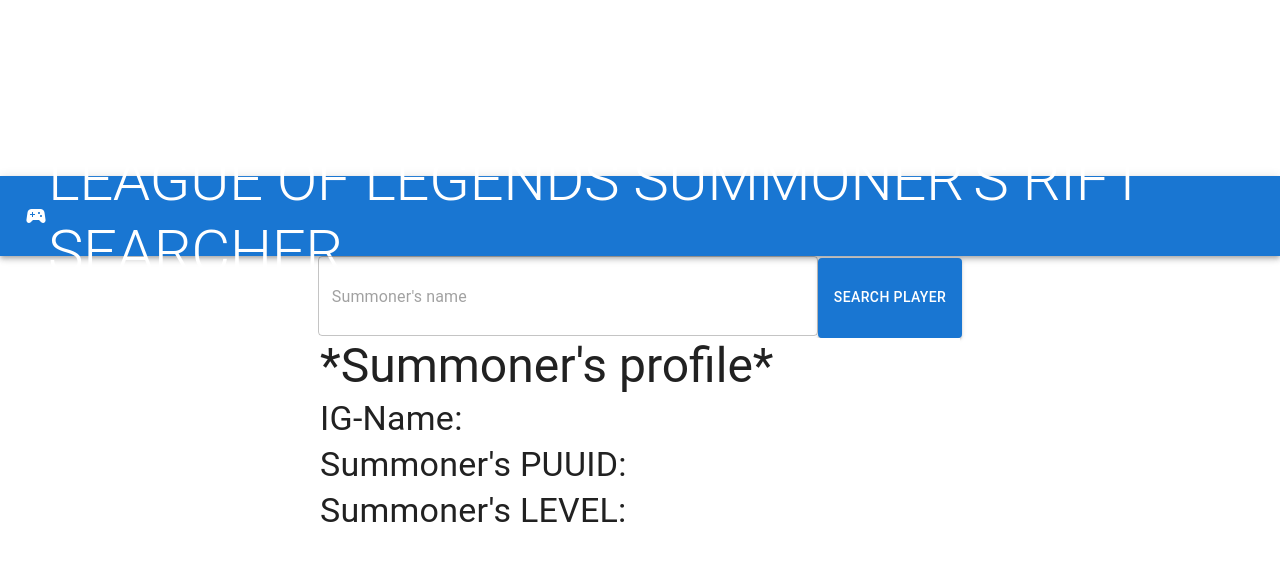
Repository: Mikerr21/League-Of-Legends-API
Page: /
The author's editor kept a copy of each file at every save. The page is drawn from the files as they stood at one save, then again after the next save.
The browser window is 1280 px wide. The pictures show the whole page.
The page's requests for data from a server got no answer. The project was rebuilt for these pictures with package versions that can differ from the ones it lists, and the page was loaded fresh each time. No one was signed in, and anything a server would have sent is missing.

Above is the page before, as saved 2022-09-24 22:39:30.

### public/index.html
<!DOCTYPE html>
<html lang="en">
  <head>
    <meta charset="utf-8" />
    <link rel="icon" href="%PUBLIC_URL%/favicon.ico" />
    <meta name="viewport" content="width=device-width, initial-scale=1" />
    <meta name="theme-color" content="#000000" />
    <meta
      name="description"
      content="Web site created using create-react-app"
    />
    <link rel="apple-touch-icon" href="%PUBLIC_URL%/logo192.png" />

    <title>React App</title>
  </head>
  <body>
    <noscript>You need to enable JavaScript to run this app.</noscript>
    <div id="root"></div>

  </body>
</html>

### src/App.js
import React from "react";
import axios from "axios";
import { useState } from "react";
import { AppBar } from "@mui/material";
import { Toolbar } from "@mui/material";
import { CssBaseline } from "@mui/material";
import SportsEsportsIcon from "@mui/icons-material/SportsEsports";
import OutlinedInput from "@mui/material/OutlinedInput";

import { Typography } from "@mui/material";
import { Button } from "@mui/material";
import { Box } from "@mui/material";

import ListSubheader from "@mui/material/ListSubheader";
import List from "@mui/material/List";
import ListItemButton from "@mui/material/ListItemButton";
import ListItemIcon from "@mui/material/ListItemIcon";
import ListItemText from "@mui/material/ListItemText";
import Collapse from "@mui/material/Collapse";
import InboxIcon from "@mui/icons-material/MoveToInbox";
import DraftsIcon from "@mui/icons-material/Drafts";
import SendIcon from "@mui/icons-material/Send";
import ExpandLess from "@mui/icons-material/ExpandLess";
import ExpandMore from "@mui/icons-material/ExpandMore";
import StarBorder from "@mui/icons-material/StarBorder";
import Grid from "@mui/material/Grid";

function App() {
  const [searchPlayer, setSearchPlayer] = useState("");
  const [playerData, setPlayerData] = useState({});
  const API_KEY = "c4eb3244-2494-4789-a6a3-47b4f6d5b70a";

  function fetchPlayerData(event) {
    var API_KEY = "RGAPI-e5d7e95c-8a4e-4469-bf42-53bc6d1175b3";
    var API_CALL_STRING =
      "https://euw1.api.riotgames.com/lol/summoner/v4/summoners/by-name/" +
      searchPlayer +
      "?api_key=" +
      API_KEY;
    axios
      .get(API_CALL_STRING)
      .then(function (response) {
        //Success

        setPlayerData(response.data);
      })
      .catch(function (error) {
        //Error
        console.log(error);
      });
  }

  return (
    <div className="App">
      <CssBaseline />

      <Grid
        container
        spacing={0}
        direction="column"
        alignItems="center"
        justifyContent="center"
        style={{ minHeight: "100vh" }}
      >
        <CssBaseline />
        <AppBar position="static">
          <Toolbar variant="dense" style={{ height: "80px" }}>
            <SportsEsportsIcon></SportsEsportsIcon>
            <Typography variant="h2" component="h2">
              LEAGUE OF LEGENDS SUMMONER'S RIFT SEARCHER
            </Typography>
          </Toolbar>
        </AppBar>
        <Box>
          <OutlinedInput
            onChange={(e) => setSearchPlayer(e.target.value)}
            type="text"
            placeholder="Summoner's name"
            style={{ height: "80px", width: "500px" }}
          ></OutlinedInput>
          <Button
            onClick={fetchPlayerData()}
            variant="contained"
            style={{ height: "80px" }}
          >
            Search player
          </Button>
        </Box>

        <List
          sx={{ width: "50%", maxWidth: 660, bgcolor: "background.paper" }}
          component="nav"
          aria-labelledby="nested-list-subheader"
          subheader={<Typography variant="h3">*Summoner's profile*</Typography>}
        >
     <ListItemText>
            <Typography variant="h4">IG-Name:</Typography>
          </ListItemText>
          <ListItemText>
            <Typography variant="h5">{searchPlayer}</Typography>
          </ListItemText>
          <ListItemText>
            <Typography variant="h4">
              Summoner's PUUID:
            </Typography>
            <ListItemText>
            <Typography variant="h5">{playerData.puuid}</Typography>
          </ListItemText>
          </ListItemText>
          <ListItemText>
            <Typography variant="h4">
              Summoner's LEVEL:
            </Typography>
            <ListItemText>
            <Typography variant="h5">{playerData.summonerlevel}</Typography>
          </ListItemText>
          </ListItemText>
        </List>
      </Grid>
    </div>
  );
}

export default App;

Loaded but not shown: src/index.js (common file)

After the next save:
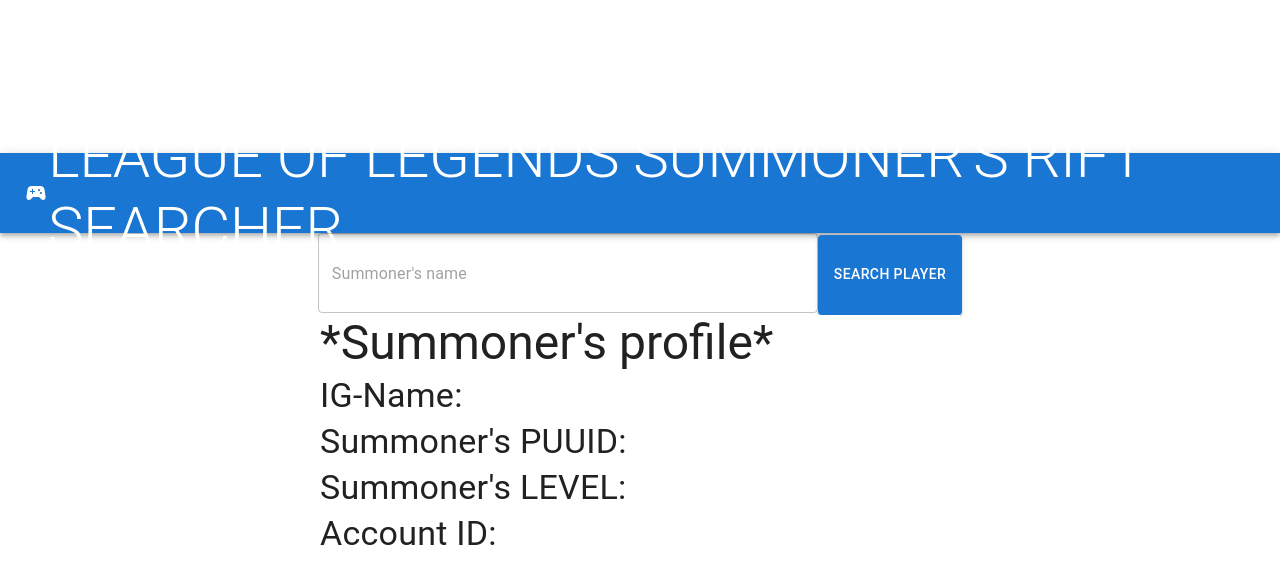
Saved 27 s later.
--- a/src/App.js
+++ b/src/App.js
@@ -115,6 +115,14 @@
             <Typography variant="h5">{playerData.summonerlevel}</Typography>
           </ListItemText>
           </ListItemText>
+          <ListItemText>
+            <Typography variant="h4">
+              Account ID:
+            </Typography>
+            <ListItemText>
+            <Typography variant="h5">{playerData.accountId}</Typography>
+          </ListItemText>
+          </ListItemText>
         </List>
       </Grid>
     </div>
